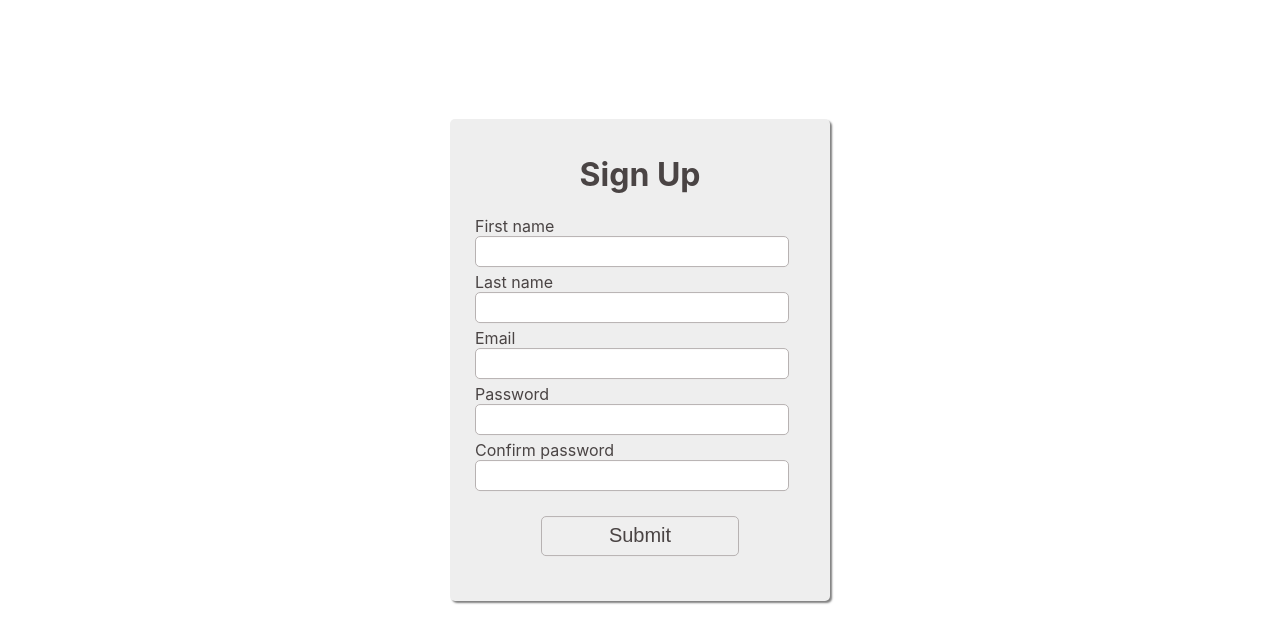
Repository: khamraeva/JSP-homework1-sighup
Page: /
An editor plug-in stored every save of this project. The page is shown before and after the next save, followed by the edit.
The browser window is 1280 px wide. The pictures show the whole page.
The project was rebuilt for these pictures with package versions that can differ from the ones it lists, and the page was loaded fresh each time.

Above is the page before, as saved 2020-07-22 19:35:26.

After the next save:
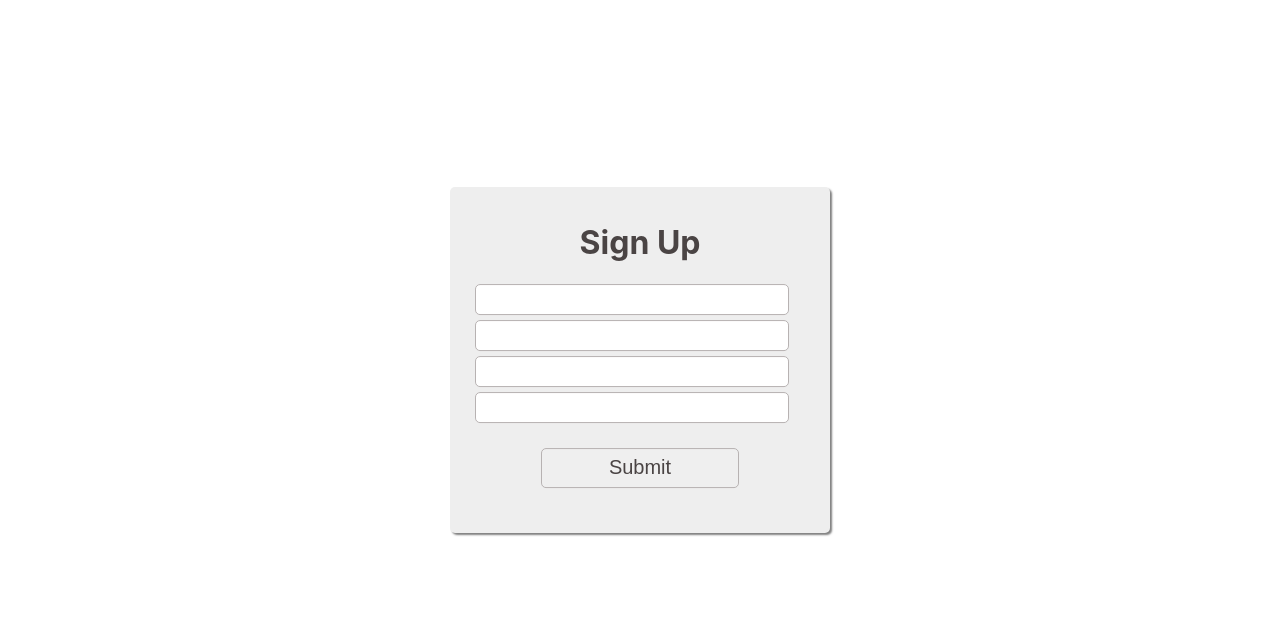
Saved 33 s later.
--- a/src/Components/SignUp/SignUp.js
+++ b/src/Components/SignUp/SignUp.js
@@ -79,7 +79,7 @@ class SignUp extends Component {
                 <form
                     onSubmit={this.submitHandler}
                     className={'signup-form'}>
-                 {inputs.map((input, index) => {
+                 {Object.keys(this.state).map((input, index) => {
                         return (
                             < Input
                                 key={index}
